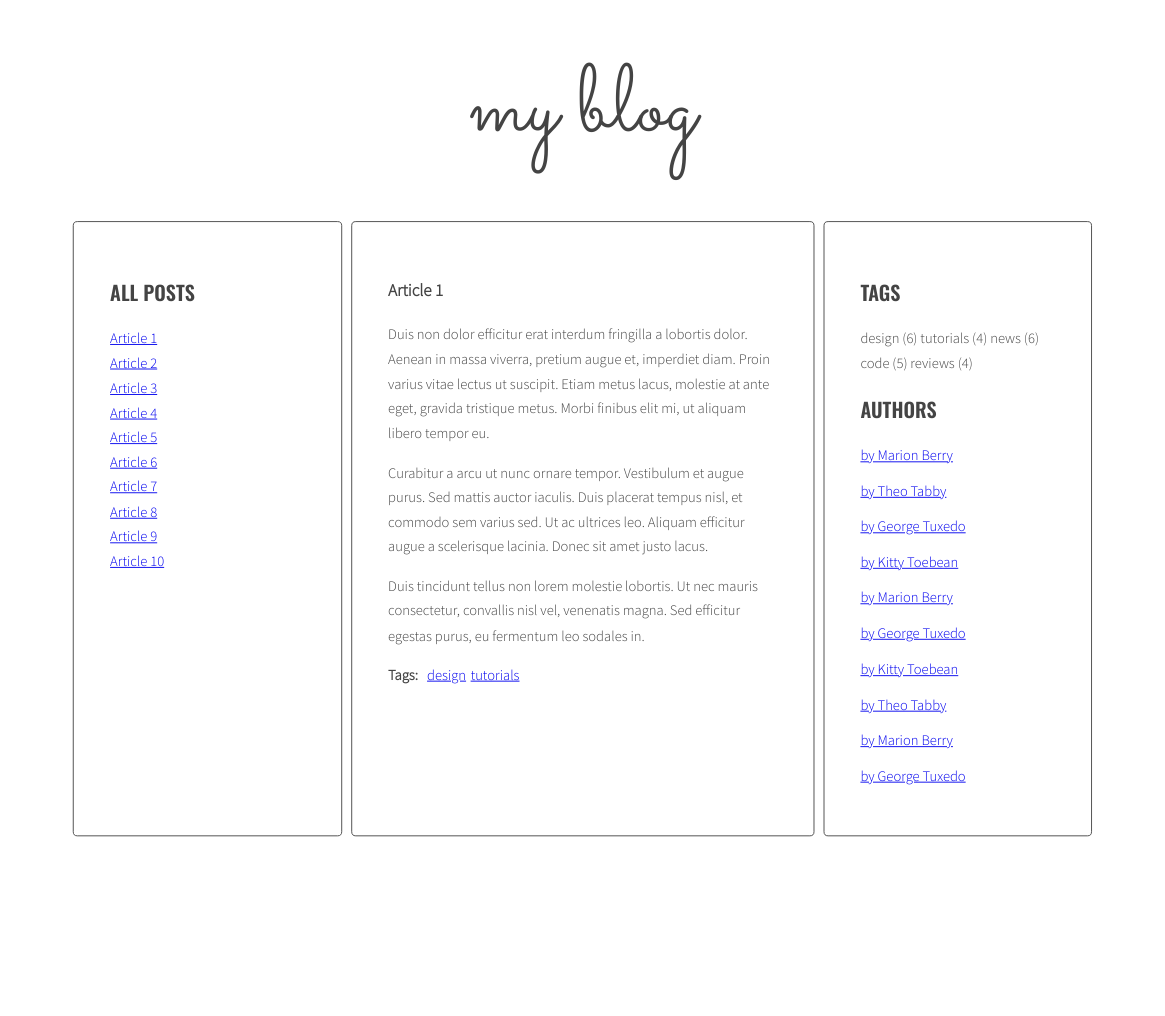
Repository: ulasup/javascript-blog
Page: index.html
The author's editor kept a copy of each file at every save. The page is drawn from the files as they stood at one save, then again after the next save.
The browser window is 1280 px wide. The pictures show the whole page, at 91% of full size.
The style sheet was rebuilt from its Sass, Less or Tailwind sources for each picture, by a compiler version that may differ from the author's.

Above is the page before, as saved 2020-12-21 12:19:59.

After the next save:
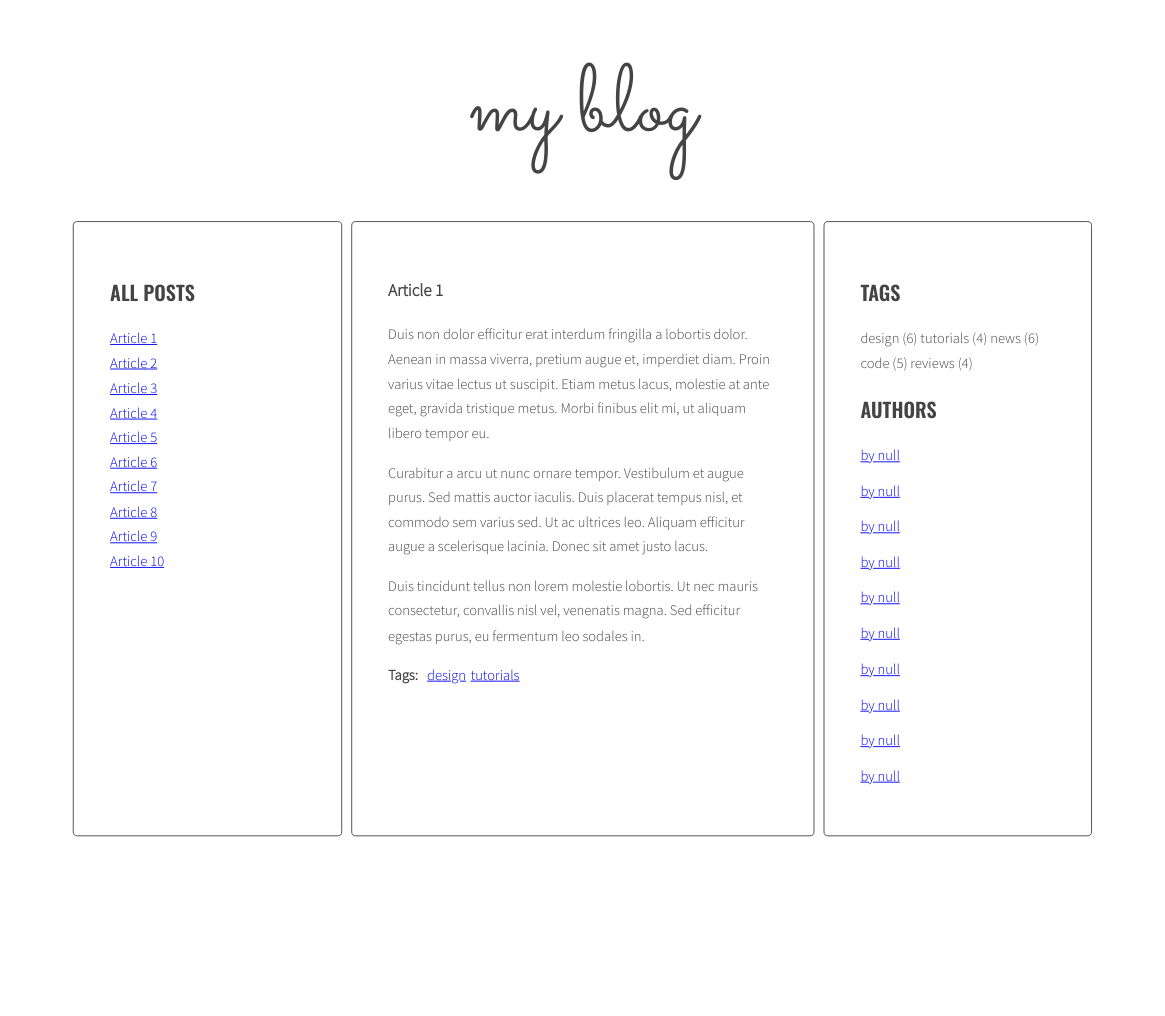
Saved 34 s later.
--- a/js/script.js
+++ b/js/script.js
@@ -142,7 +142,7 @@
   const authorsList = document.querySelector(optArticleAuthorSelector);
   let html = '';
   for (let article of articles){
-    const articleAuthor = article.getAttribute('data-author');
+    const articleAuthor = article.getAttribute('post-author');
     const linkHTML = '<li><a href="#' + articleAuthor + '"><span>by ' + articleAuthor + '</span></a></li>';
     html = html + linkHTML;
   }

After the save that followed:
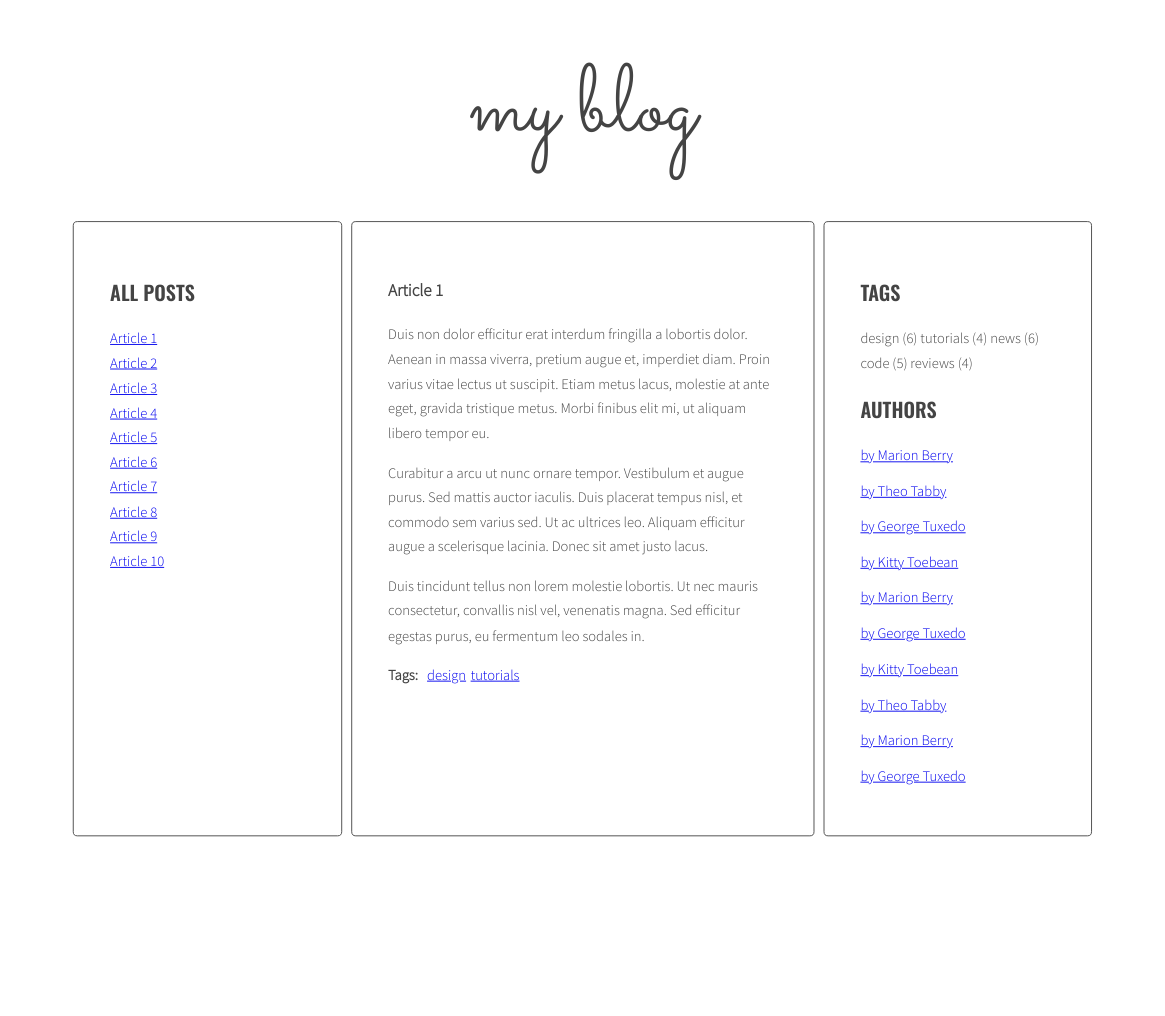
Saved 13 s later.
--- a/js/script.js
+++ b/js/script.js
@@ -142,7 +142,7 @@
   const authorsList = document.querySelector(optArticleAuthorSelector);
   let html = '';
   for (let article of articles){
-    const articleAuthor = article.getAttribute('post-author');
+    const articleAuthor = article.getAttribute('data-author');
     const linkHTML = '<li><a href="#' + articleAuthor + '"><span>by ' + articleAuthor + '</span></a></li>';
     html = html + linkHTML;
   }
